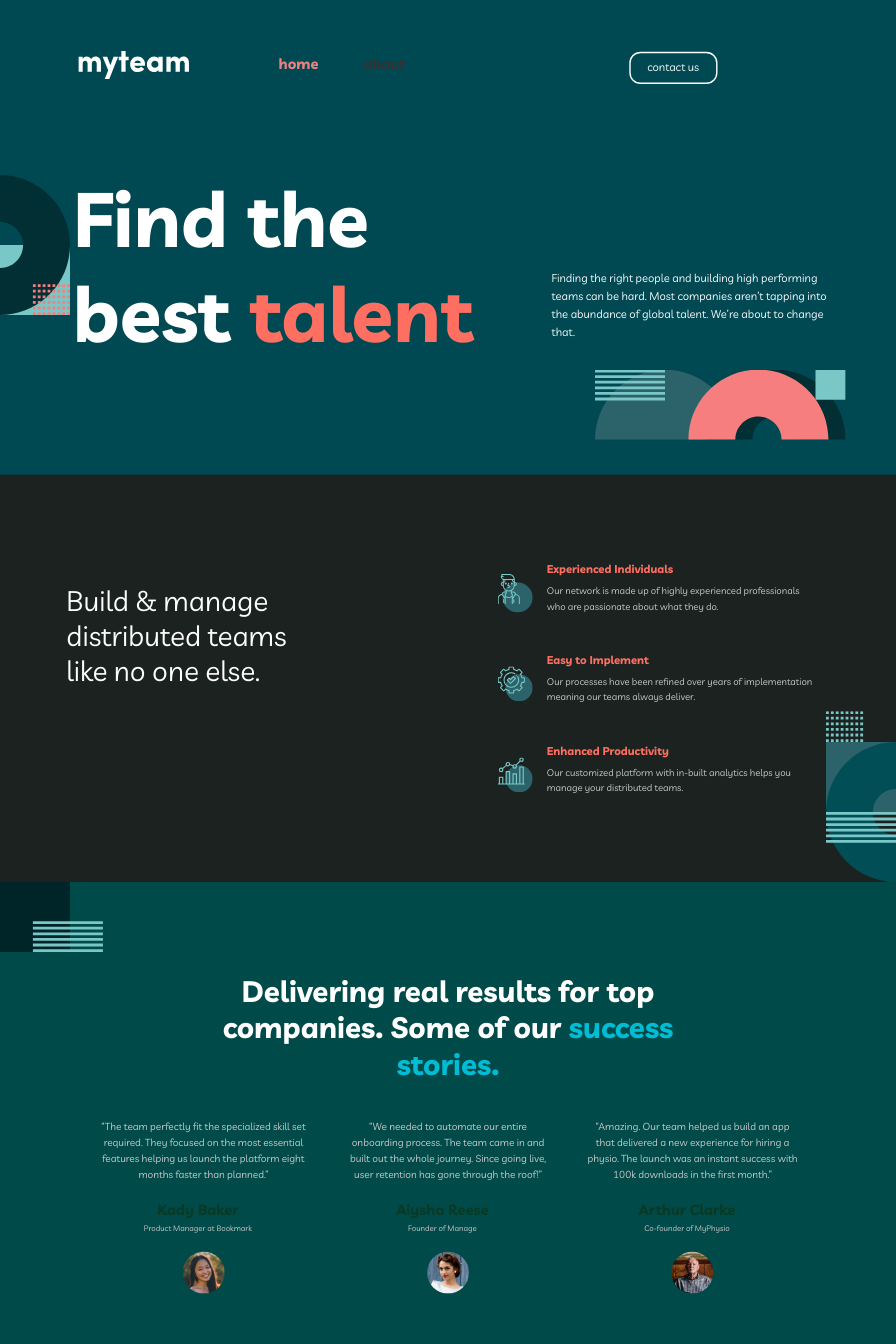
Repository: Gabriel221-dev/Project-page-main
Page: /
The author's editor kept a copy of each file at every save. The page is drawn from the files as they stood at one save, then again after the next save.
The browser window is 1280 px wide. The pictures show the part of the page from y = 0 to 1920 px (the page is 2612 px tall), at 70% of full size.
The project was rebuilt for these pictures with package versions that can differ from the ones it lists, and the page was loaded fresh each time. Also part of the build but not shown: vite.config.js, src/pages/About.css, src/components/DirectorCard.css, src/components/DirectorCard.jsx, src/pages/About.jsx, src/pages/Contact.css, src/pages/Contact.jsx.

Above is the page before, as saved 2024-07-23 18:31:36.

After the next save:
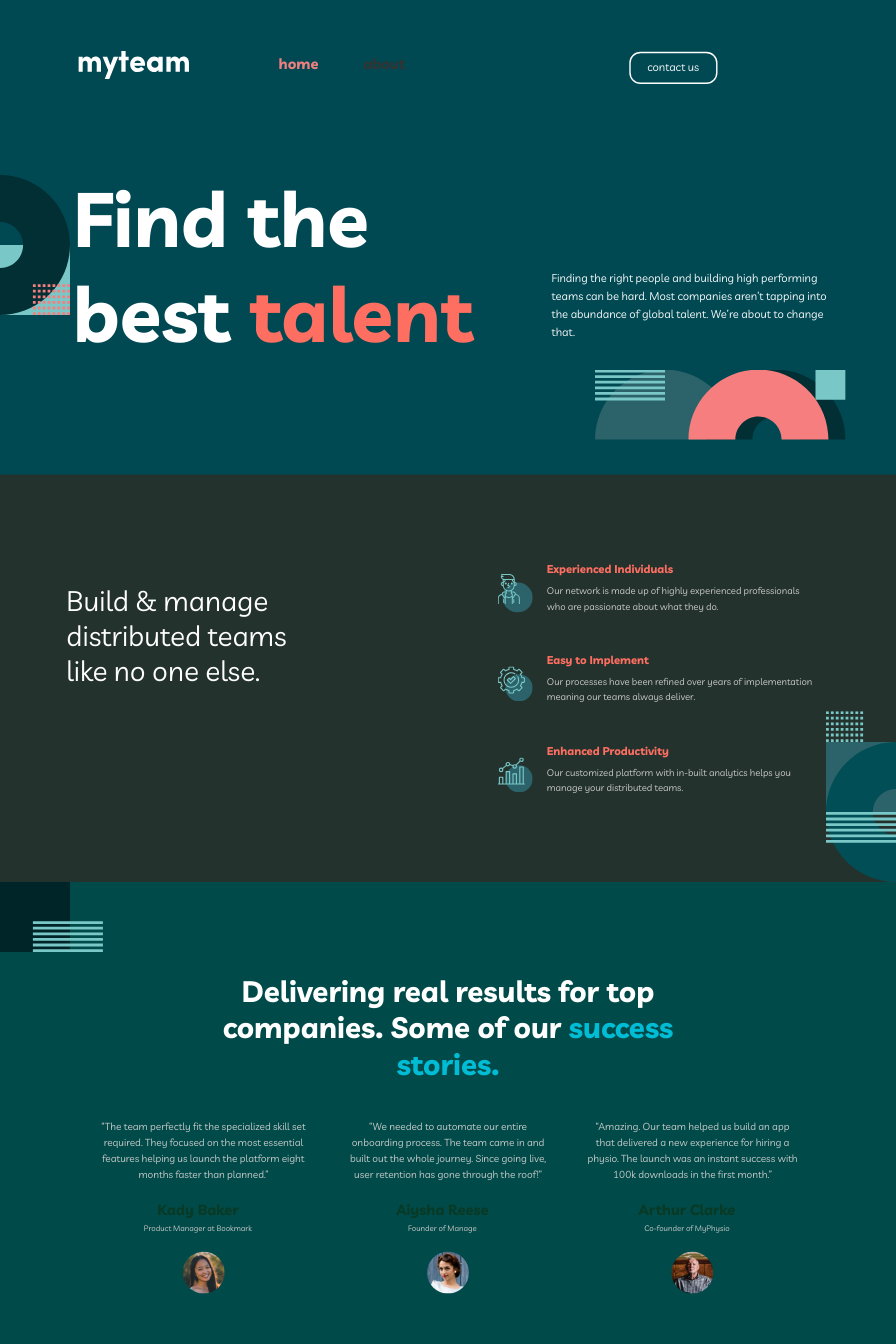
Saved 19 s later.
--- a/src/pages/Home.css
+++ b/src/pages/Home.css
@@ -86,7 +86,7 @@
   }
 
   .build {
-    background-color: #1b2220;
+    background-color: #24322e;
     padding: 50px 0;
     display: flex;
     height: 100%;
